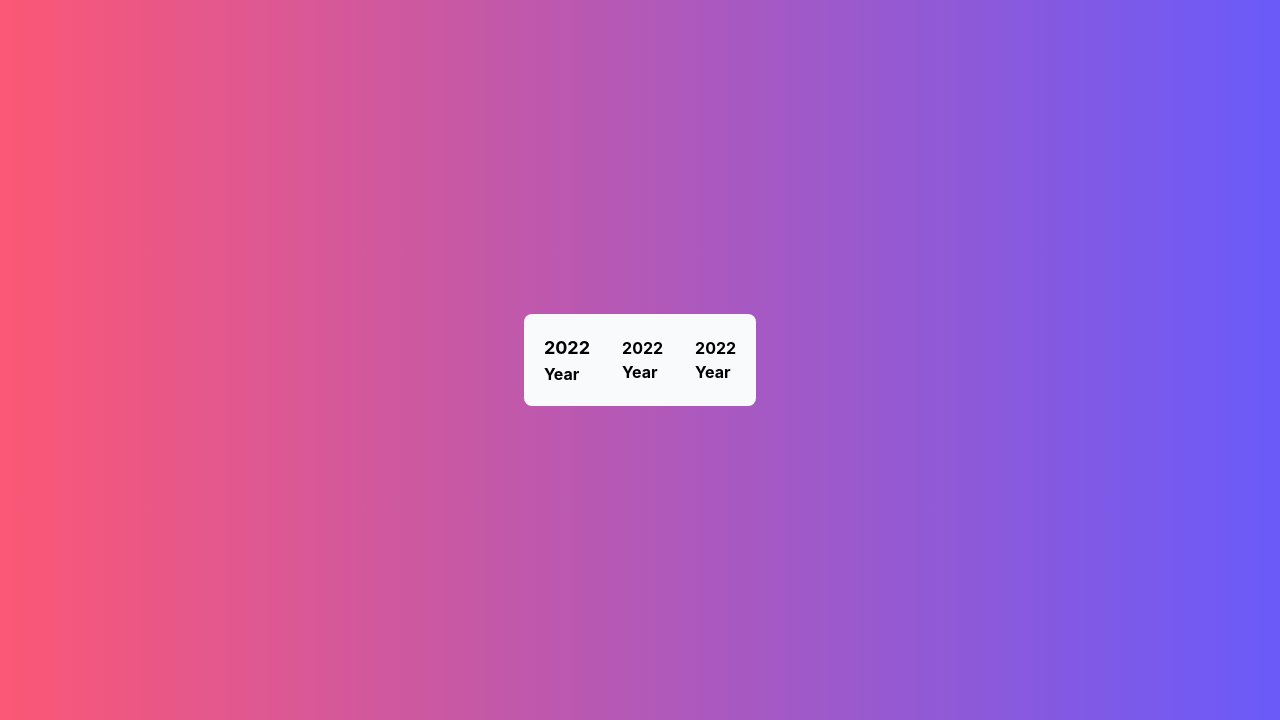
Repository: huynhsang96/bt_codegymHook
Page: /
An editor plug-in stored every save of this project. The page is shown before and after the next save, followed by the edit.
The browser window is 1280 px wide. The pictures show the whole page.
The project was rebuilt for these pictures with package versions that can differ from the ones it lists, and the page was loaded fresh each time.

Above is the page before, as saved 2022-04-29 16:31:46.

After the next save:
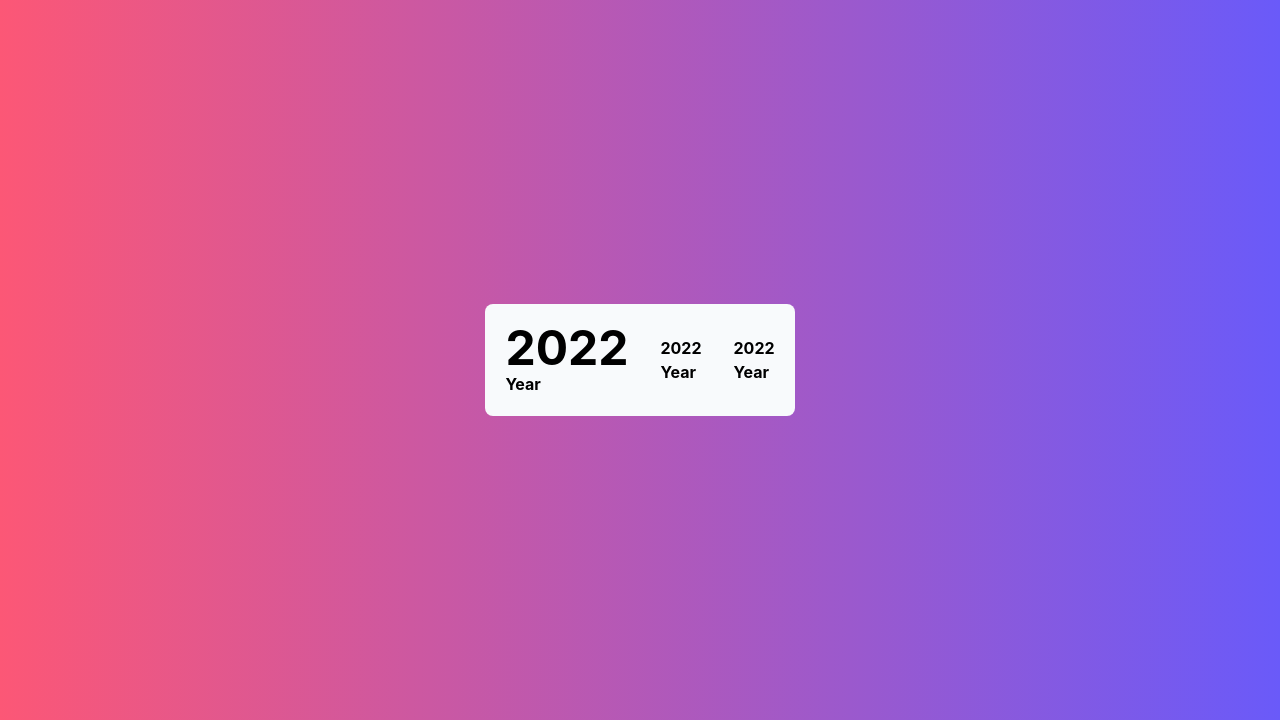
Saved 10 s later.
--- a/src/component/ClockHook/Clock.js
+++ b/src/component/ClockHook/Clock.js
@@ -21,7 +21,7 @@ const Clock = () => {
 		<div className="p-5 w-full h-full mx-auto">
 			<ul className="flex flex-row gap-8 bg-slate-50 p-5 rounded-lg">
 				<li className="flex flex-col justify-center">
-					<span className="font-bold text-lg">{years}</span>
+					<span className="font-bold text-5xl">{years}</span>
 					<span className="font-bold">Year</span>
 				</li>
 				<li className="flex flex-col justify-center">
